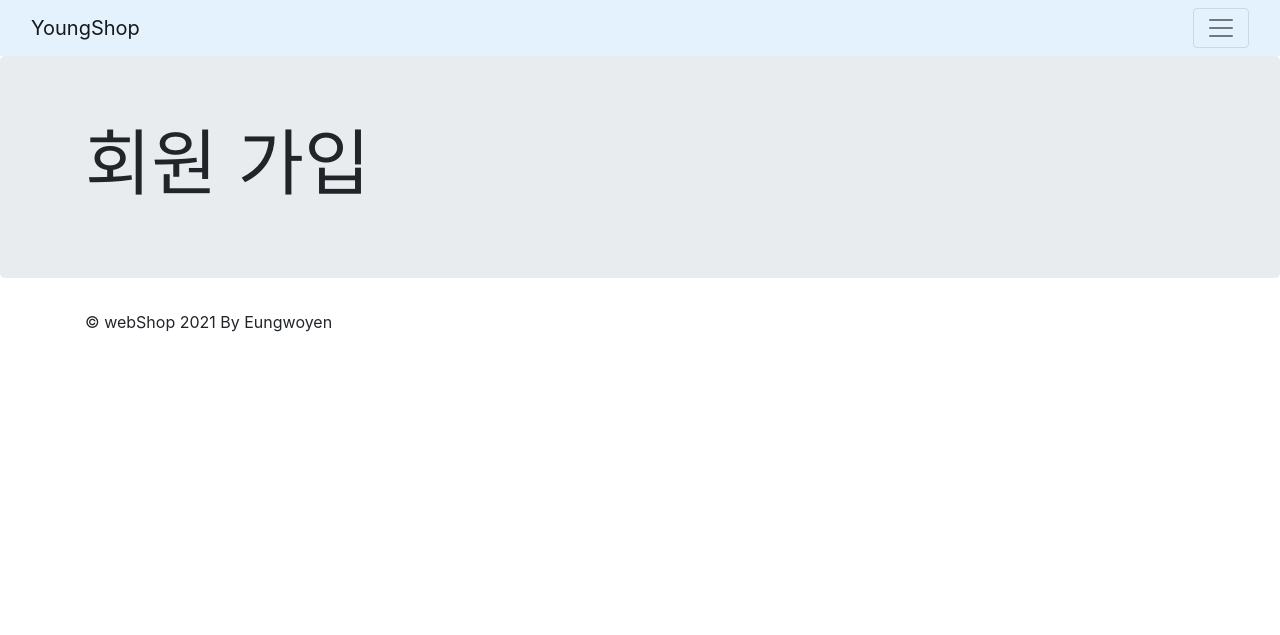
Repository: khss4008/JSP_project
Page: http://localhost/Webshop2/product/addProduct.jsp
An editor plug-in stored every save of this project. The page is shown before and after the next save, followed by the edit.
The browser window is 1280 px wide. The pictures show the whole page.
The page is served by Tomcat 9.

Above is the page before, as saved 2021-11-04 05:49:31.
Console error: TypeError: Cannot read properties of undefined (reading 'fn')

After the next save:
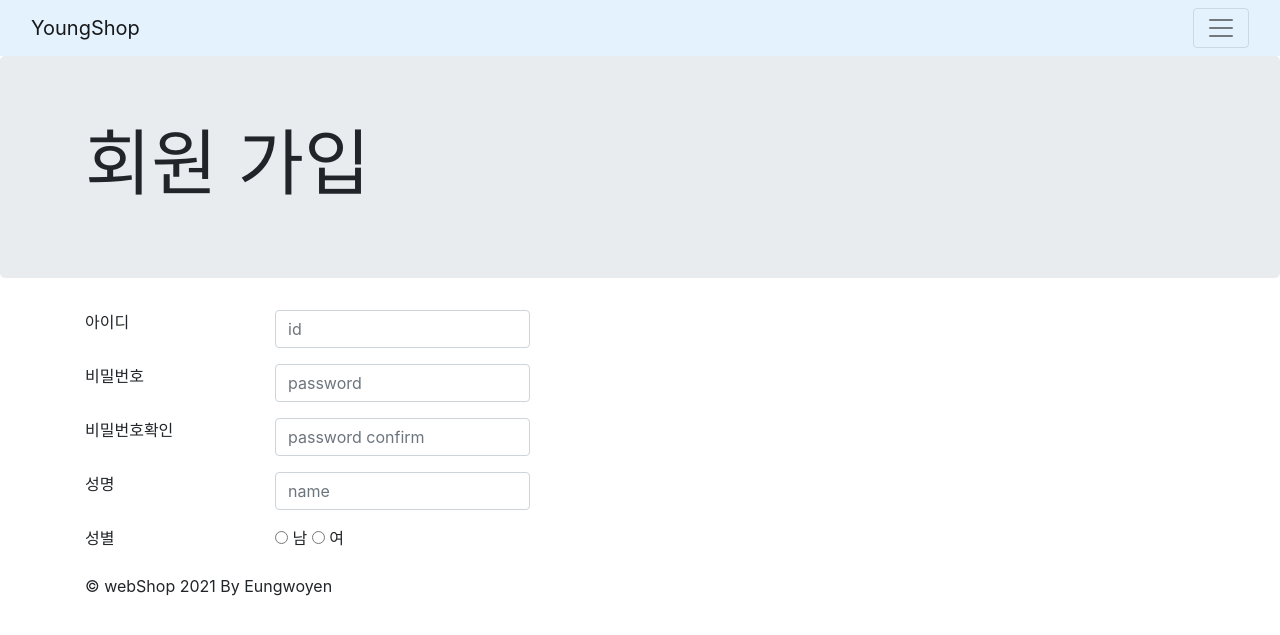
Saved 15 min 52 s later.
--- a/Webshop2/WebContent/product/addProduct.jsp
+++ b/Webshop2/WebContent/product/addProduct.jsp
@@ -7,15 +7,48 @@
 <title>제품 등록</title>
 </head>
 <body>
-<%@ include file = "/header.jsp" %>
+   <jsp:include page="/header.jsp" />
    <div class="jumbotron">
       <div class="container">
          <h1 class="display-3">회원 가입</h1>
       </div>
    </div>
 
-
-
+   <div class="container">
+      <form name="newMember" class="form-horizontal"  action="/product/products.jsp" method="post" onsubmit="return checkForm()">
+         <div class="form-group  row">
+            <label class="col-sm-2 ">아이디</label>
+            <div class="col-sm-3">
+               <input name="id" type="text" class="form-control" placeholder="id" >
+            </div>
+         </div>
+         <div class="form-group  row">
+            <label class="col-sm-2">비밀번호</label>
+            <div class="col-sm-3">
+               <input name="password" type="password" class="form-control" placeholder="password" >
+            </div>
+         </div>
+         <div class="form-group  row">
+            <label class="col-sm-2">비밀번호확인</label>
+            <div class="col-sm-3">
+               <input name="password_confirm" type="password" class="form-control" placeholder="password confirm" >
+            </div>
+         </div>
+         <div class="form-group  row">
+            <label class="col-sm-2">성명</label>
+            <div class="col-sm-3">
+               <input name="name" type="text" class="form-control" placeholder="name" >
+            </div>
+         </div>
+         <div class="form-group  row">
+            <label class="col-sm-2">성별</label>
+            <div class="col-sm-10">
+               <input name="gender" type="radio" value="남" /> 남
+               <input name="gender" type="radio" value="여" /> 여
+            </div>
+         </div>
+      </form>
+   </div>
 
 <%@ include file = "/footer.jsp" %>
 </body>
